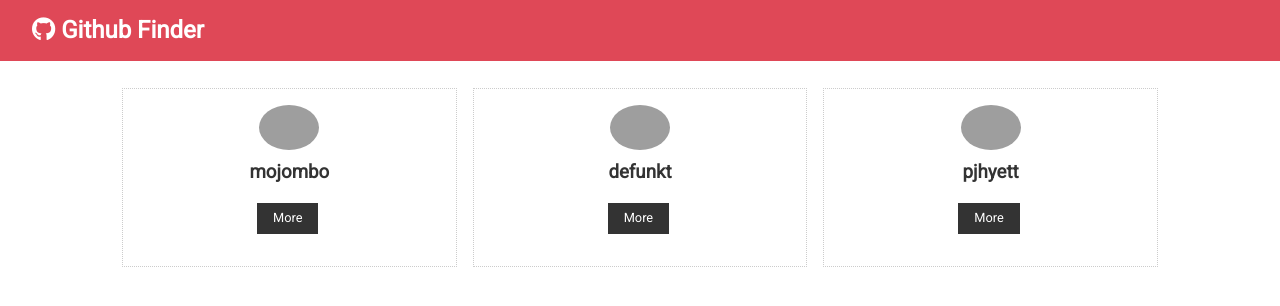
Repository: bafode/github-finder
Page: /
These files come from the project's save history. The page is drawn as it stood at one moment and after a run of saves; the edit follows.
The browser window is 1280 px wide. The pictures show the whole page.
Pictures or frames that could not be fetched are drawn as grey boxes. The page's requests for data from a server got no answer. Some web libraries are served in a nearby version. The project was rebuilt for these pictures with package versions that can differ from the ones it lists, and the page was loaded fresh each time. No one was signed in, and anything a server would have sent is missing.

Above is the page before, as saved 2023-06-16 17:43:51.

### public/index.html
<!DOCTYPE html>
<html lang="en">
  <head>
    <meta charset="utf-8" />
    <link rel="shortcut icon" href="%PUBLIC_URL%/favicon.ico" />
    <meta name="viewport" content="width=device-width, initial-scale=1" />
    <meta name="theme-color" content="#000000" />
    <link rel="manifest" href="%PUBLIC_URL%/manifest.json" />
    <link
      rel="stylesheet"
      href="https://use.fontawesome.com/releases/v5.8.2/css/all.css"
      integrity="sha384-oS3vJWv+0UjzBfQzYUhtDYW+Pj2yciDJxpsK1OYPAYjqT085Qq/1cq5FLXAZQ7Ay"
      crossorigin="anonymous"
    />

    <title>Github Finder</title>
  </head>
  <body>
    <noscript>You need to enable JavaScript to run this app.</noscript>
    <div id="root"></div>
  </body>
</html>

### src/App.js
import React, { Component } from 'react';
import axios from 'axios';
import './App.css';
import Navbar from './components/layout/Navbar'
import Users from './components/users/Users'

class App extends Component {
  state = {
    loading: false,
    users:[]
  }

  async componentDidMount() {
    this.setState({ loading: true });
    const res = await axios.get('https://api.github.com/users')
    this.setState({users:res.data,loading:false})
  }

  render() {
    const{loading,users}=this.state
    return (
      <div className="App">
        <Navbar />
        <div className="container">
          <Users loading={loading} users={users}/>
        </div>
      </div>
    );
  }
}

export default App;

### src/components/layout/Navbar.js
import React from 'react'
import PropTypes from 'prop-types'

const Navbar=({icon,title})=> {
    return (
        <nav className='navbar bg-primary'>
            <h1>
                <i className={icon}></i> {title}
            </h1>
      </nav>
    )

}

Navbar.defaultProps = {
    title: 'Github Finder',
    icon:'fab fa-github'
}

Navbar.propTypes = {
    title: PropTypes.string.isRequired,
    icon:PropTypes.string.isRequired
}

export default Navbar

### src/components/users/Users.js
import React, { Component } from 'react'
import UserItem from './UserItem'

class Users extends Component {
    state = {
        users:[
            {
            id: 1,
            login: "mojombo",
            avatar_url: "https://avatars.githubusercontent.com/u/1?v=4",
            html_url: "https://github.com/mojombo",
            },
            {
                id: 2,
                login: "defunkt",
                avatar_url: "https://avatars.githubusercontent.com/u/2?v=4",
                html_url: "https://github.com/defunkt",
            },
            {
                id: 3,
                login: "pjhyett",
                avatar_url: "https://avatars.githubusercontent.com/u/3?v=4",
                html_url: "https://github.com/pjhyett",
            }

        ]
    }
    render() {
      const{users}=this.state
    return (
        <div style={userStyle}>
            {users.map((user) => (
                <UserItem key={user.id} user={user}/>
            ))}
      </div>
    )
  }
}

const userStyle = {
    display: 'grid',
    gridTemplateColumns: 'repeat(3,1fr)',
    gridGap:'1rem'
}

export default Users

### src/components/users/UserItem.js
import React from 'react'
import PropTypes from 'prop-types'
const UserItem=({user:{login,avatar_url,html_url}})=> {

    return (
        <div className='card text-center'>
            <img src={avatar_url} alt="" className="round-img" style={{width:'60px'}} />
            <h3>{login}</h3>
            <div>
                <a href={html_url} className="btn btn-dark btn-sm my-1">More</a>
            </div>
      </div>
    )
  }

UserItem.propTypes = {
    user:PropTypes.object.isRequired,
}

export default UserItem

Loaded but not shown: src/index.js (common file); src/App.css (common file)

After the next 2 saves:
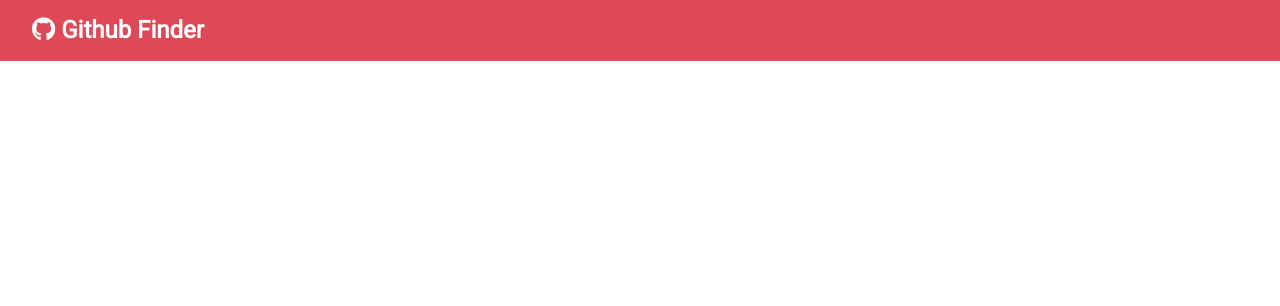
The 2 saves are shown as one change because 1 did not build or start.
The last was saved 84 s later.
--- a/src/components/users/Users.js
+++ b/src/components/users/Users.js
@@ -2,34 +2,12 @@ import React, { Component } from 'react'
 import UserItem from './UserItem'
 
 class Users extends Component {
-    state = {
-        users:[
-            {
-            id: 1,
-            login: "mojombo",
-            avatar_url: "https://avatars.githubusercontent.com/u/1?v=4",
-            html_url: "https://github.com/mojombo",
-            },
-            {
-                id: 2,
-                login: "defunkt",
-                avatar_url: "https://avatars.githubusercontent.com/u/2?v=4",
-                html_url: "https://github.com/defunkt",
-            },
-            {
-                id: 3,
-                login: "pjhyett",
-                avatar_url: "https://avatars.githubusercontent.com/u/3?v=4",
-                html_url: "https://github.com/pjhyett",
-            }
 
-        ]
-    }
     render() {
-      const{users}=this.state
+      const{users}=this.props.users
     return (
         <div style={userStyle}>
-            {users.map((user) => (
+            {users?.map((user) => (
                 <UserItem key={user.id} user={user}/>
             ))}
       </div>
